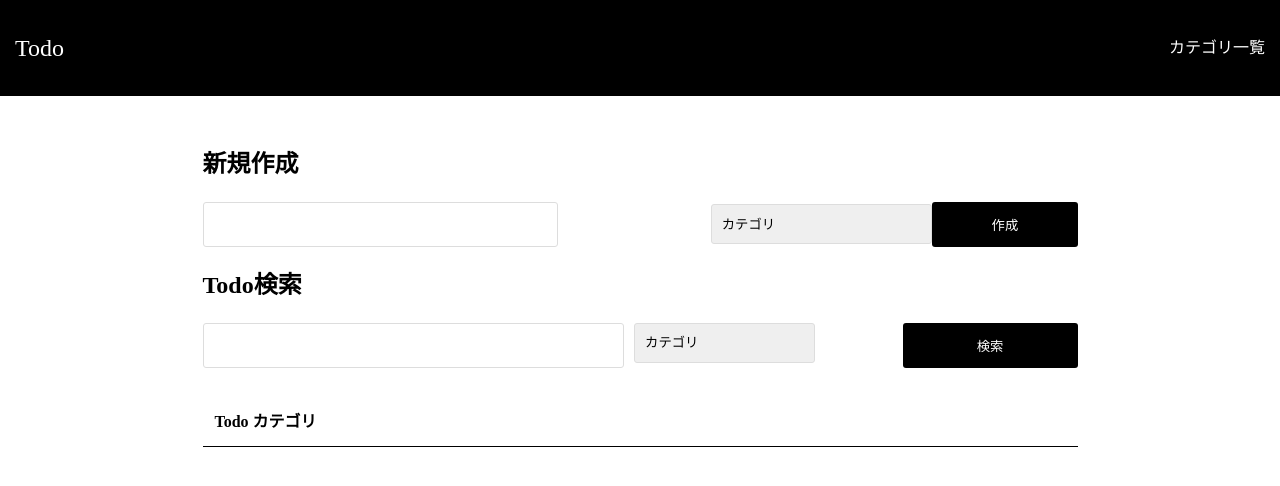
Repository: mayu-ya/todo4
Page: http://localhost/
An editor plug-in stored every save of this project. The page is shown before and after the next save, followed by the edit.
The browser window is 1280 px wide. The pictures show the whole page.
The page is served by the project's Laravel application, run on PHP 8.4 with Laravel 8. Other server files are loaded and not shown. Queries for data that is not in the repository find no rows.

Above is the page before, as saved 2026-01-13 21:53:55.

### src/routes/web.php
<?php

use Illuminate\Support\Facades\Route;
use App\Http\Controllers\TodoController;

/*
|--------------------------------------------------------------------------
| Web Routes
|--------------------------------------------------------------------------
|
| Here is where you can register web routes for your application. These
| routes are loaded by the RouteServiceProvider within a group which
| contains the "web" middleware group. Now create something great!
|
*/

Route::get('/', [TodoController::class, 'index']);
Route::post('/todos', [TodoController::class, 'store']);
Route::patch('/todos/update', [TodoController::class, 'update']);
Route::delete('todos/delete', [TodoController::class, 'destroy']);

### src/app/Http/Controllers/TodoController.php
<?php

namespace App\Http\Controllers;

use App\Models\Todo;
use App\Http\Requests\TodoRequest;
use Illuminate\Http\Request;

class TodoController extends Controller
{
    public function index()
    {
        $todos = Todo::all();

        return view('index', compact('todos'));
    }

    public function store(TodoRequest $request)
    {
        $todo = $request->only(['content']);
        Todo::create($todo);

        return redirect('/')->with('message', 'Todoを作成しました');
    }

    public function update(TodoRequest $request)
    {
        $todo = $request->only(['content']);
        Todo::find($request->id)->update($todo);

        return redirect('/')->with('message', 'Todoを更新しました');
    }

    public function destroy(Request $request)
    {
        Todo::find($request->id)->delete();

        return redirect('/')->with('message', 'Todoを削除しました');
    }
}

### src/app/Models/Todo.php
<?php

namespace App\Models;

use Illuminate\Database\Eloquent\Factories\HasFactory;
use Illuminate\Database\Eloquent\Model;

class Todo extends Model
{
    use HasFactory;

    protected $fillable = ['category_id', 'content'];

    public function category()
    {
        return $this->belongsTo(Category::class);
    }
}

### src/resources/views/index.blade.php
@extends('layouts.app')

@section('css')
<link rel="stylesheet" href="{{ asset('css/index.css') }}">
@endsection

@section('content')
<div class="todo-message">
    @if(session('message'))
    <div class="todo-message_header">
        {{ session('message') }}
    </div>
    @endif
    @if($errors->any())
    <div class="todo-error-message_header">
        <ul>
            @foreach($errors->all() as $error)
            <li>{{ $error }}</li>
            @endforeach
        </ul>
    </div>
    @endif
</div>

<div class="content">
    <div class="section_title">
        <h2>新規作成</h2>
    </div>
    <form class="create-form" action="/todos" method="post">
        @csrf
        <div class="create-form-todo">
            <input class=create-form-todo_input type="text" name="content" value="{{ old('content') }}">
        </div>
        <select class="create-form_item-select">
            <option value="">カテゴリ</option>
        </select>
        <div class="create-form_button">
            <button class="create-form_button-submit" type="submit">作成</button>
        </div>
    </form>
    <div class="section_title">
        <h2>Todo検索</h2>
    </div>
    <form class="search-form">
        <div class="search-form_item">
            <input type="text" class="search-form_item-input">
            <select class="search-form_item-select">
                <option value="">カテゴリ</option>
            </select>
        </div>
        <div class="search-form_button">
            <button class="search-form_button-submit" type="submit">検索</button>
        </div>
    </form>

    <table class="table">
        <tr class="table-row">
            <th class="table-title">
                <span class="todo-table_header-span">Todo</span>
                <span class="todo-table_header-span">カテゴリ</span>
            </th>
        </tr>
        @foreach($todos as $todo)
        <tr class="table-row">
            <td class="table_item">
                <form class="table-update" action="/todos/update" method="post">
                    @method('patch')
                    @csrf
                    <div class="table-todo">
                        <input type="text" class="table-update_input" name="content" value="{{ $todo['content'] }}">
                        <input type="hidden" name="id" value="{{ $todo['id'] }}">
                    </div>
                    <div class="update-form_item">
                        <p class="update-form_item-p">Category 1</p>
                    </div>
                    <div class="table-update_button">
                        <button class="table-update_button-submit" type="submit">更新</button>
                    </div>
                </form>
            </td>
            <td class="table_item">
                <form class="table-delete" action="/todos/delete" method="post">
                    @method('delete')
                    @csrf
                    <div class="table-delete_button">
                        <input type="hidden" name="id" value="{{ $todo['id'] }}">
                        <button class="table-delete_button-submit" type="submit">削除</button>
                    </div>
                </form>
            </td>
        </tr>
        @endforeach
    </table>
</div>
@endsection

### src/resources/views/layouts/app.blade.php
<!DOCTYPE html>
<html lang="ja">
<head>
    <meta charset="UTF-8">
    <meta name="viewport" content="width=device-width, initial-scale=1.0">
    <title>Todo</title>
    <link rel="stylesheet" href="{{ asset('css/sanitize.css') }}">
    <link rel="stylesheet" href="{{ asset('css/common.css') }}">
    @yield('css')
</head>
<body>
    <header class="header">
        <div class="header-inner">
            <div class="header-utilities">
                <a href="/" class="header-logo">Todo</a>
                <nav>
                    <ul class="header-nav">
                        <li class="header-nav_item">
                            <a href="/categories" class="header-nav_link">カテゴリ一覧</a>
                        </li>
                    </ul>
                </nav>
            </div>
        </div>
    </header>

    <main>
        @yield('content')
    </main>
</body>
</html>

### src/public/css/sanitize.css
/* Document
* ========================================================================== */

/**
* Add border box sizing in all browsers (opinionated).
*/

*,
::before,
::after {
box-sizing: border-box;
}

/**
* 1. Add text decoration inheritance in all browsers (opinionated).
* 2. Add vertical alignment inheritance in all browsers (opinionated).
*/

::before,
::after {
vertical-align: inherit; /* 2 */
text-decoration: inherit; /* 1 */
}

/**
* 1. Use the default cursor in all browsers (opinionated).
* 2. Change the line height in all browsers (opinionated).
* 3. Use a 4-space tab width in all browsers (opinionated).
* 4. Remove the grey highlight on links in iOS (opinionated).
* 5. Prevent adjustments of font size after orientation changes in
*    IE on Windows Phone and in iOS.
* 6. Breaks words to prevent overflow in all browsers (opinionated).
*/

html {
word-break: break-word; /* 6 */
-moz-tab-size: 4; /* 3 */
tab-size: 4; /* 3 */
line-height: 1.5; /* 2 */
cursor: default; /* 1 */

-webkit-tap-highlight-color: transparent /* 4 */;
-ms-text-size-adjust: 100%; /* 5 */
-webkit-text-size-adjust: 100%; /* 5 */
}

/* Sections
* ========================================================================== */

/**
* Remove the margin in all browsers (opinionated).
*/

body {
margin: 0;
}

/**
* Correct the font size and margin on `h1` elements within `section` and
* `article` contexts in Chrome, Edge, Firefox, and Safari.
*/

h1 {
margin: 0.67em 0;
font-size: 2em;
}

/* Grouping content
* ========================================================================== */

/**
* Remove the margin on nested lists in Chrome, Edge, IE, and Safari.
*/

dl dl,
dl ol,
dl ul,
ol dl,
ul dl {
margin: 0;
}

/**
* Remove the margin on nested lists in Edge 18- and IE.
*/

ol ol,
ol ul,
ul ol,
ul ul {
margin: 0;
}

/**
* 1. Add the correct sizing in Firefox.
* 2. Show the overflow in Edge 18- and IE.
*/

hr {
overflow: visible; /* 2 */
height: 0; /* 1 */
}

/**
* Add the correct display in IE.
*/

main {
display: block;
}

/**
* Remove the list style on navigation lists in all browsers (opinionated).
*/

nav ol,
nav ul {
padding: 0;
list-style: none;
}

/**
* 1. Correct the inheritance and scaling of font size in all browsers.
* 2. Correct the odd `em` font sizing in all browsers.
*/

pre {
font-size: 1em; /* 2 */
font-family: monospace, monospace; /* 1 */
}

/* Text-level semantics
* ========================================================================== */

/**
* Remove the gray background on active links in IE 10.
*/

a {
background-color: transparent;
}

/**
* Add the correct text decoration in Edge 18-, IE, and Safari.
*/

abbr[title] {
text-decoration: underline;
text-decoration: underline dotted;
}

/**
* Add the correct font weight in Chrome, Edge, and Safari.
*/

b,
strong {
font-weight: bolder;
}

/**
* 1. Correct the inheritance and scaling of font size in all browsers.
* 2. Correct the odd `em` font sizing in all browsers.
*/

code,
kbd,
samp {
font-size: 1em; /* 2 */
font-family: monospace, monospace; /* 1 */
}

/**
* Add the correct font size in all browsers.
*/

small {
font-size: 80%;
}

/* Embedded content
* ========================================================================== */

/*
* Change the alignment on media elements in all browsers (opinionated).
*/

audio,
canvas,
iframe,
img,
svg,
video {
vertical-align: middle;
}

/**
* Add the correct display in IE 9-.
*/

audio,
video {
display: inline-block;
}

/**
* Add the correct display in iOS 4-7.
*/

audio:not([controls]) {
display: none;
height: 0;
}

/**
* Remove the border on iframes in all browsers (opinionated).
*/

iframe {
border-style: none;
}

/**
* Remove the border on images within links in IE 10-.
*/

img {
border-style: none;
}

/**
* Change the fill color to match the text color in all browsers (opinionated).
*/

svg:not([fill]) {
fill: currentColor;
}

/**
* Hide the overflow in IE.
*/

svg:not(:root) {
overflow: hidden;
}

/* Tabular data
* ========================================================================== */

/**
* Collapse border spacing in all browsers (opinionated).
*/

table {
border-collapse: collapse;
}

/* Forms
* ========================================================================== */

/**
* Remove the margin on controls in Safari.
*/

button,
input,
select {
margin: 0;
}

/**
* 1. Show the overflow in IE.
* 2. Remove the inheritance of text transform in Edge 18-, Firefox, and IE.
*/

button {
overflow: visible; /* 1 */
text-transform: none; /* 2 */
}

/**
* Correct the inability to style buttons in iOS and Safari.
*/

button,
[type="button"],
[type="reset"],
[type="submit"] {
-webkit-appearance: button;
}

/**
* 1. Change the inconsistent appearance in all browsers (opinionated).
* 2. Correct the padding in Firefox.
*/

fieldset {
padding: 0.35em 0.75em 0.625em; /* 2 */
border: 1px solid #a0a0a0; /* 1 */
}

/**
* Show the overflow in Edge 18- and IE.
*/

input {
overflow: visible;
}

/**
* 1. Correct the text wrapping in Edge 18- and IE.
* 2. Correct the color inheritance from `fieldset` elements in IE.
*/

legend {
display: table; /* 1 */
max-width: 100%; /* 1 */
color: inherit; /* 2 */
white-space: normal; /* 1 */
}

/**
* 1. Add the correct display in Edge 18- and IE.
* 2. Add the correct vertical alignment in Chrome, Edge, and Firefox.
*/

progress {
display: inline-block; /* 1 */
vertical-align: baseline; /* 2 */
}

/**
* Remove the inheritance of text transform in Firefox.
*/

select {
text-transform: none;
}

/**
* 1. Remove the margin in Firefox and Safari.
* 2. Remove the default vertical scrollbar in IE.
* 3. Change the resize direction in all browsers (opinionated).
*/

textarea {
overflow: auto; /* 2 */
margin: 0; /* 1 */
resize: vertical; /* 3 */
}

/**
* Remove the padding in IE 10-.
*/

[type="checkbox"],
[type="radio"] {
padding: 0;
}

/**
* 1. Correct the odd appearance in Chrome, Edge, and Safari.
* 2. Correct the outline style in Safari.
*/

[type="search"] {
outline-offset: -2px; /* 2 */

-webkit-appearance: textfield; /* 1 */
}

/**
* Correct the cursor style of increment and decrement buttons in Safari.
*/

::-webkit-inner-spin-button,
::-webkit-outer-spin-button {
height: auto;
}

/**
* Correct the text style of placeholders in Chrome, Edge, and Safari.
*/

::-webkit-input-placeholder {
color: inherit;
opacity: 0.54;
}

/**
* Remove the inner padding in Chrome, Edge, and Safari on macOS.
*/

::-webkit-search-decoration {
-webkit-appearance: none;
}

/**
* 1. Correct the inability to style upload buttons in iOS and Safari.
* 2. Change font properties to `inherit` in Safari.
*/

::-webkit-file-upload-button {
font: inherit; /* 2 */

-webkit-appearance: button; /* 1 */
}

/**
* Remove the inner border and padding of focus outlines in Firefox.
*/

::-moz-focus-inner {
padding: 0;
border-style: none;
}

/**
* Restore the focus outline styles unset by the previous rule in Firefox.
*/

:-moz-focusring {
outline: 1px dotted ButtonText;
}

/**
* Remove the additional :invalid styles in Firefox.
*/

:-moz-ui-invalid {
box-shadow: none;
}

/* Interactive
* ========================================================================== */

/*
* Add the correct display in Edge 18- and IE.
*/

details {
display: block;
}

/*
* Add the correct styles in Edge 18-, IE, and Safari.
*/

dialog {
position: absolute;
right: 0;
left: 0;
display: block;
margin: auto;
padding: 1em;
width: -moz-fit-content;
width: -webkit-fit-content;
width: fit-content;
height: -moz-fit-content;
height: -webkit-fit-content;
height: fit-content;
border: solid;
background-color: white;
color: black;
}

dialog:not([open]) {
display: none;
}

/*
* Add the correct display in all browsers.
*/

summary {
display: list-item;
}

/* Scripting
* ========================================================================== */

/**
* Add the correct display in IE 9-.
*/

canvas {
display: inline-block;
}

/**
* Add the correct display in IE.
*/

template {
display: none;
}

/* User interaction
* ========================================================================== */

/*
* 1. Remove the tapping delay in IE 10.
* 2. Remove the tapping delay on clickable elements
in all browsers (opinionated).
*/

a,
area,
button,
input,
label,
select,
summary,
textarea,
[tabindex] {
-ms-touch-action: manipulation; /* 1 */
touch-action: manipulation; /* 2 */
}

/**
* Add the correct display in IE 10-.
*/

[hidden] {
display: none;
}

/* Accessibility
* ========================================================================== */

/**
* Change the cursor on busy elements in all browsers (opinionated).
*/

[aria-busy="true"] {
cursor: progress;
}

/*
* Change the cursor on control elements in all browsers (opinionated).
*/

[aria-controls] {
cursor: pointer;
}

/*
* Change the cursor on disabled, not-editable, or otherwise
* inoperable elements in all browsers (opinionated).
*/

[aria-disabled="true"],
[disabled] {
cursor: not-allowed;
}

/*
* Change the display on visually hidden accessible elements
* in all browsers (opinionated).
*/

[aria-hidden="false"][hidden] {
display: initial;
}

[aria-hidden="false"][hidden]:not(:focus) {
position: absolute;
clip: rect(0, 0, 0, 0);
}

### src/public/css/common.css
.header {
    background: #000;
    max-width: 1536px;
}

.header-inner {
    width: 100%;
    margin: 0 auto;
    padding: 20px 15px;
}

.header-utilities {
    display: flex;
    align-items: center;
    justify-content: space-between;
}

.header-logo {
    display: block;
    font-size: 24px;
    color: #fff;
    text-decoration: none;
    cursor: pointer;
}

.header-nav_link {
    color: #fff;
    text-decoration: none;
}

### src/public/css/index.css
.todo-message_header {
    padding: 10px 30px;
    background: #d1e7dd;
    color: #0f5132;
    border-color: #badbcc;
}

.todo-error-message_header {
    padding: 10px 0;
    background: #f8d7da;
    color: #842029;
    border-color: #f5c2c7;
}

.content {
    max-width: 1536px;
    margin: 0 auto;
    padding: 30px 15px;
}

.section_title {
    margin: 0 auto;
    width: 70%;
}

.create-form, .search-form {
    display: flex;
    width: 70%;
    justify-content: space-between;
    margin: 0 auto;
    margin-bottom: 15px;
    align-items: center;
}

.create-form-todo, .search-form_item {
    display: flex;
    width: 70%;
}

.create-form-todo_input, .search-form_item-input {
    margin-right: 10px;
    padding: 10px;
    width: 70%;
    height: 45px;
    border: 1px solid #ddd;
    border-radius: 3px;
    outline: none;
}

.create-form_item-select, .search-form_item-select {
    padding: 10px;
    width: 30%;
    height: 40px;
    border: 1px solid #ddd;
    border-radius: 3px;
    appearance: none;
}

.create-form_button, .search-form_button {
    width: 20%;
}

.create-form_button-submit, .search-form_button-submit {
    padding: 10px;
    width: 100%;
    height: 45px;
    border: none;
    border-radius: 3px;
    background: #000;
    color: #fff;
    cursor: pointer;
}

.table {
    margin: 30px auto;
    width: 70%;
    text-align: left;
}

.table-row {
    display: flex;
    border-bottom: 1px solid #000;
}

.table-title {
    padding: 12px;
    width: 20%;
    text-align: left;
    font-weight: bold;
}

.todo-table__header-span {
    margin-right: 40%;
}

.table-update {
    display: flex;
    align-items: center;
    justify-content: space-between;
}

.table-todo {
    width: 40%;
    line-height: 50%;
}

.table-update_input {
    width: 100%;
    outline: none;
    border: none;
}

.update-form__item-p {
    text-align: left;
    font-size: 13px;
}

.table_item:first-of-type {
    padding: 12px;
    width: 90%;
}

.table-update_button {
    width: 50px;
}

.table-update_button-submit {
    padding: 5px;
    width: 100%;
    border: none;
    border-radius: 3px;
    background: #00f;
    color: #fff;
    cursor: pointer;
}

.table-delete_button {
    width: 50px;
    padding: 12px 0;
}

.table-delete_button-submit {
    padding: 5px;
    width: 100%;
    border: none;
    border-radius: 3px;
    background: #ff0000;
    color: #fff;
    cursor: pointer;
}

Loaded but not shown: src/app/Http/Controllers/Controller.php (common file)

After the next save:
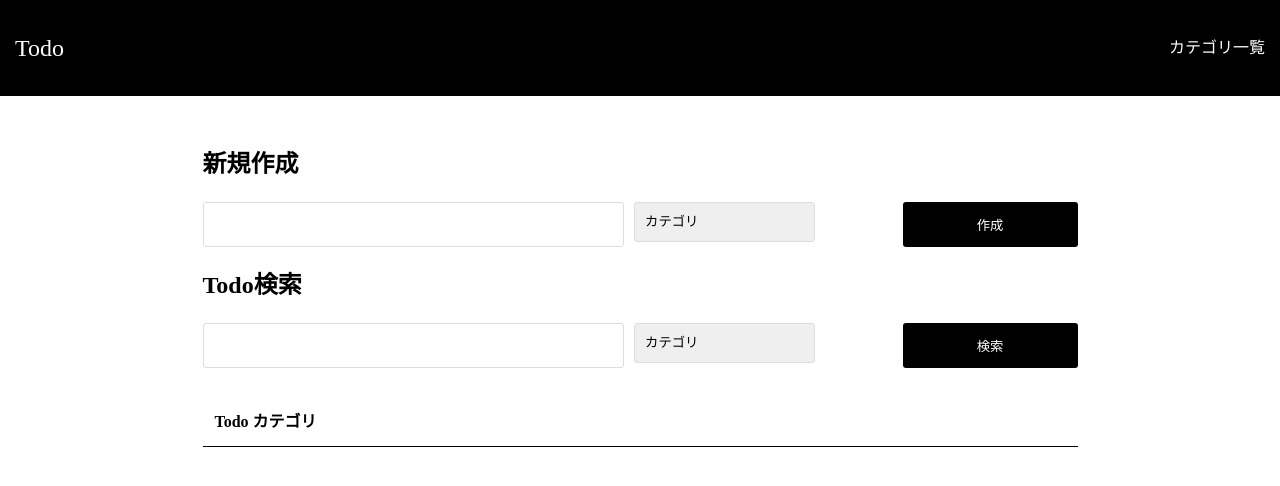
Saved 11 min 41 s later.
--- a/src/resources/views/index.blade.php
+++ b/src/resources/views/index.blade.php
@@ -30,10 +30,10 @@
         @csrf
         <div class="create-form-todo">
             <input class=create-form-todo_input type="text" name="content" value="{{ old('content') }}">
+            <select class="create-form_item-select">
+                <option value="">カテゴリ</option>
+            </select>
         </div>
-        <select class="create-form_item-select">
-            <option value="">カテゴリ</option>
-        </select>
         <div class="create-form_button">
             <button class="create-form_button-submit" type="submit">作成</button>
         </div>
